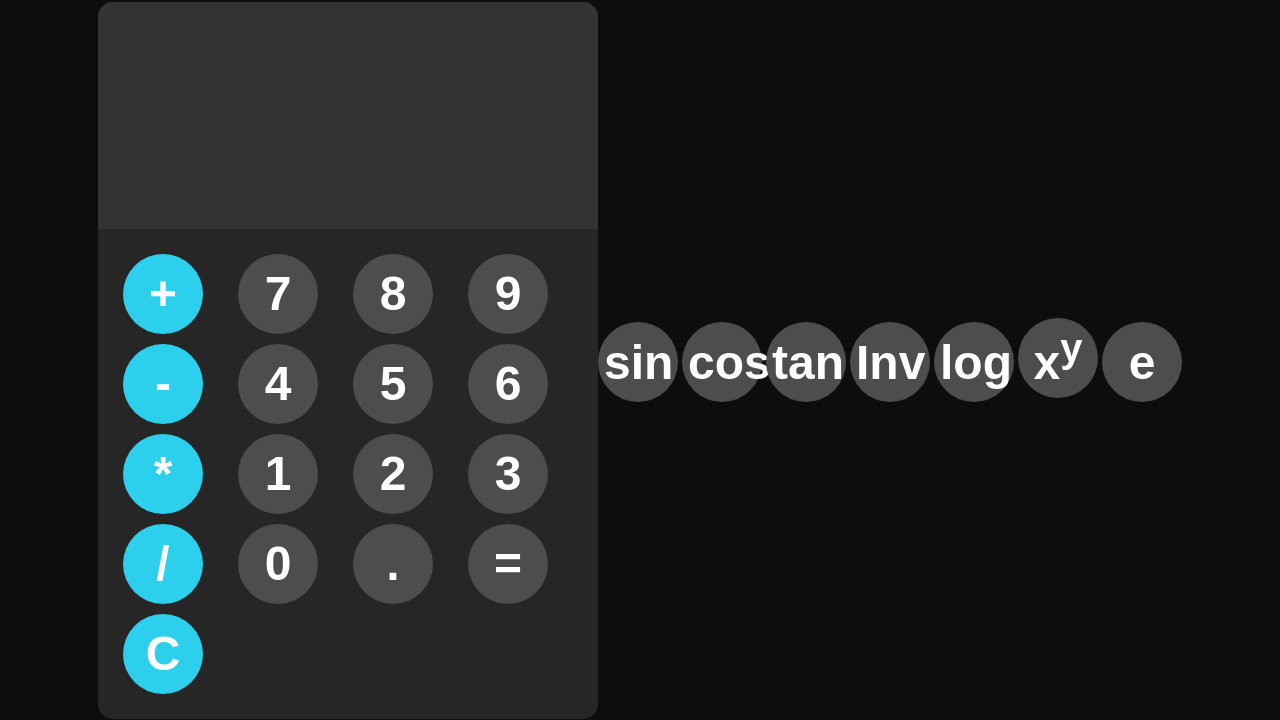
Repository: Haakim19/JavaScript
Page: Calculater/Main.html
The author's editor kept a copy of each file at every save. The page is drawn from the files as they stood at one save, then again after the next save.
The browser window is 1280 px wide. The pictures show the whole page.

Above is the page before, as saved 2024-10-23 09:33:43.

After the next save:
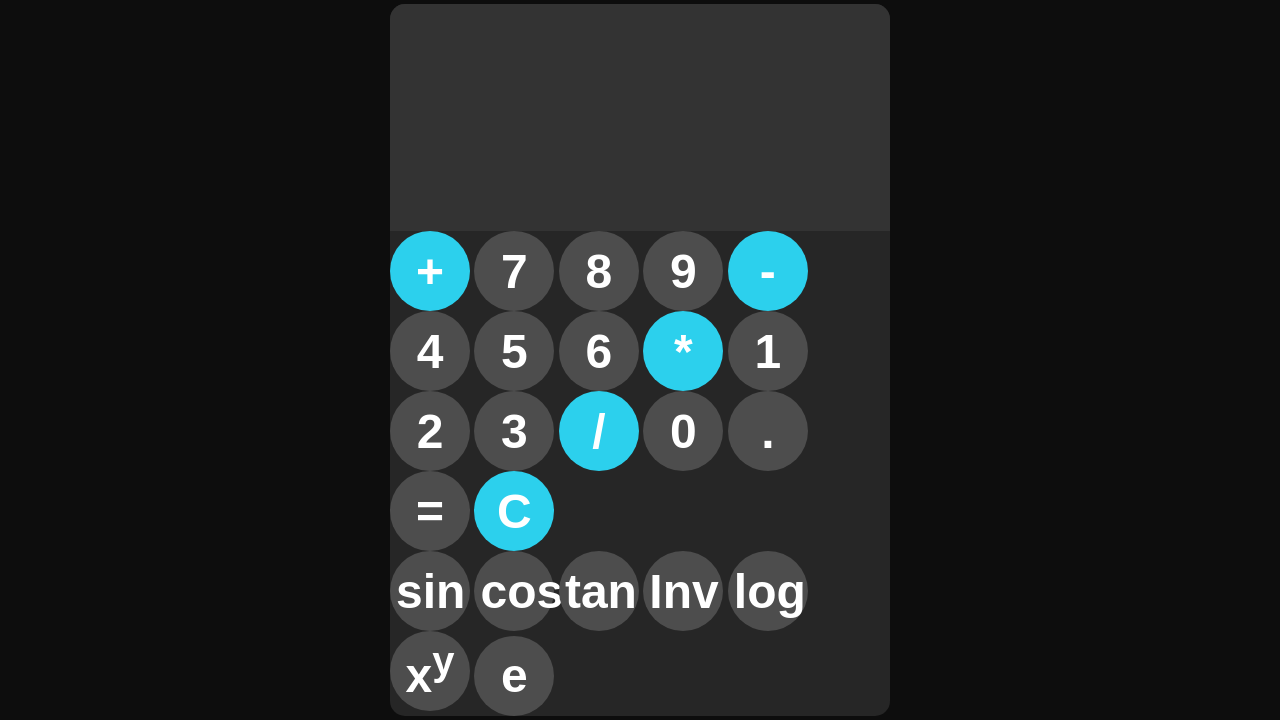
Saved 59 s later.
--- a/Calculater/Main.html
+++ b/Calculater/Main.html
@@ -10,7 +10,7 @@
     <div id="calculator-normal">
         <input id= "display1" readonly>
         <input id="display2" readonly>
-        <div id="keys">
+        <div id="keys-normal">
             <button onclick="appentToDisplay('+')" class="operator-btn">+</button>
             <button onclick="appentToDisplay('7')">7</button>
             <button onclick="appentToDisplay('8')">8</button>
@@ -29,16 +29,15 @@
             <button onclick="calculate()" >=</button>
             <button onclick="clearDisplay()" class="operator-btn">C</button>
         </div>
-    </div>
-    <div id="calculator-sientific">
-
-        <button onclick="appentToDisplay('sin')">sin</button>
-        <button onclick="appentToDisplay('cos')">cos</button>
-        <button onclick="appentToDisplay('tan')">tan</button>
-        <button onclick="appentToDisplay('Inv')">Inv</button>
-        <button onclick="appentToDisplay('log')">log</button>
-        <button onclick="appentToDisplay('sin')">x<sup>y</sup></button>
-        <button onclick="appentToDisplay('e')">e</button>
+        <div id="keys-sientific">
+            <button onclick="appentToDisplay('sin')">sin</button>
+            <button onclick="appentToDisplay('cos')">cos</button>
+            <button onclick="appentToDisplay('tan')">tan</button>
+            <button onclick="appentToDisplay('Inv')">Inv</button>
+            <button onclick="appentToDisplay('log')">log</button>
+            <button onclick="appentToDisplay('sin')">x<sup>y</sup></button>
+            <button onclick="appentToDisplay('e')">e</button>
+        </div>
     </div>
 <script src="Main.js"></script>
 </body>
